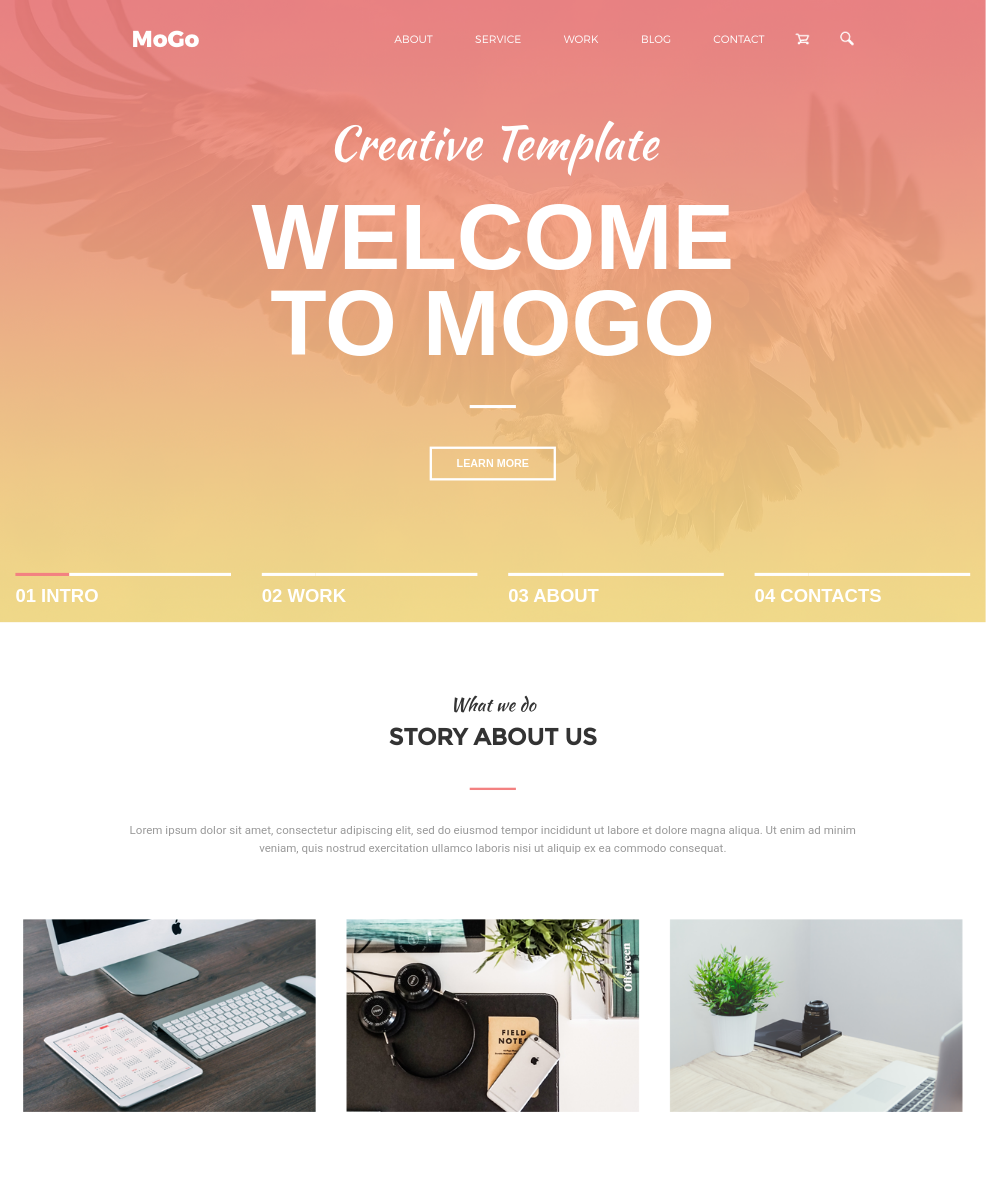
Repository: RaffiBarseghyan/mogo
Page: /
These files come from the project's save history. The page is drawn as it stood at one moment and after the next save; the edit follows.
The browser window is 1280 px wide. The pictures show the whole page, at 77% of full size.
The project was rebuilt for these pictures with package versions that can differ from the ones it lists, and the page was loaded fresh each time.

Above is the page before, as saved 2023-05-11 16:33:50.

### src/App.jsx
import "./App.css";
import "bootstrap/dist/css/bootstrap.min.css";
import "bootstrap/dist/js/bootstrap.bundle";
import Header from "./Pages/Header/header";
import AboutUs from "./Pages/AboutUs/aboutUs";

function App() {
  return (
    <div className="App">
      <Header />
      <AboutUs />
    </div>
  );
}

export default App;

### src/Pages/Header/header.jsx
import style from "./header.module.scss";
import glass from "../../Assets/Images/GLASS.png";
import cart from "../../Assets/Images/CART.png";

function Header() {
  return (
    <>
      <div className={style.big_header}>
        <div className={style.header}>
          <nav className="navbar navbar-expand-lg bg-body-tertiary">
            <div className="container-fluid">
              <a className={`${style.logo} navbar-brand me-5`} href="#">
                MoGo
              </a>
              <button
                className="navbar-toggler"
                type="button"
                data-bs-toggle="collapse"
                data-bs-target="#navbarNav"
                aria-controls="navbarNav"
                aria-expanded="false"
                aria-label="Toggle navigation"
              >
                <span className="navbar-toggler-icon"></span>
              </button>
              <div
                className={`${style.menu} collapse navbar-collapse`}
                id="navbarNav"
              >
                <ul className={`navbar-nav`}>
                  <li className="nav-item">About</li>
                  <li className="nav-item">service</li>
                  <li className="nav-item">work</li>
                  <li className="nav-item">blog</li>
                  <li className="nav-item">contact</li>
                  <img src={cart} alt="" />
                  <img src={glass} alt="" />
                </ul>
              </div>
            </div>
          </nav>
        </div>

        <div className={style.header_text}>
          <h1>Creative Template</h1>
          <h2>
            Welcome <br /> to MoGo
          </h2>
          <div className={style.border_box}>
            <div className={style.border}></div>
          </div>

          <div className={style.btn_box}>
            <button className={style.btn}>Learn More</button>
          </div>

          <div className={style.big_border_box_1}>
            <div className={style.div}>
              <div className={style.b_box1}>
                <div className={style.red}></div>
                <div className={style.white}></div>
              </div>
              <p className={style.b_p}>01 intro</p>
            </div>

            <div className={style.div}>
              <div className={style.b_box1}>
                <div className={style.white_s}></div>
                <div className={style.white}></div>
              </div>
              <p className={style.b_p}>02 work</p>
            </div>

            <div className={style.div}>
              <div className={style.b_box1}>
                <div className={style.white_s}></div>
                <div className={style.white}></div>
              </div>
              <p className={style.b_p}>03 About</p>
            </div>

            <div className={style.div}>
              <div className={style.b_box1}>
                <div className={style.white_s}></div>
                <div className={style.white}></div>
              </div>
              <p className={style.b_p}>04 Contacts</p>
            </div>
          </div>
        </div>
      </div>
    </>
  );
}

export default Header;

### src/Pages/AboutUs/aboutUs.jsx
import style from "./aboutUs.module.scss";
import aboutUs1 from "../../Assets/Images/aboutUs1.png";
import aboutUs2 from "../../Assets/Images/aboutUs2.png";
import aboutUs3 from "../../Assets/Images/aboutUs3.png";
import user from "../../Assets/Images/USERS.png";

function AboutUs() {
  return (
    <>
      <div className={style.aboutUs}>
        <h3>What we do</h3>
        <h2>Story about us</h2>
        <div className={style.line}></div>
        <p>
          Lorem ipsum dolor sit amet, consectetur adipiscing elit, sed do
          eiusmod tempor incididunt ut labore et dolore magna aliqua. Ut enim ad
          minim <br />
          veniam, quis nostrud exercitation ullamco laboris nisi ut aliquip ex
          ea commodo consequat.
        </p>
        <div className="d-flex justify-content-center flex-wrap ">
          <div className={style.imgDiv}>
            <img src={user} alt="" className={style.user} />
            <p>SUPER TEAM</p>
            <img src={aboutUs1} alt="" />
          </div>
          <div className={style.imgDiv}>
            <img src={user} alt="" className={style.user} />
            <p>SUPER TEAM</p>
            <img src={aboutUs2} alt="" />
          </div>
          <div className={style.imgDiv}>
            <img src={user} alt="" className={style.user} />
            <p>SUPER TEAM</p>
            <img src={aboutUs3} alt="" />
          </div>
        </div>
      </div>
    </>
  );
}

export default AboutUs;

### src/Pages/Header/header.module.scss
@font-face {
  font-family: Montserrat;
  src: url("../../Assets/Fonts/montserrat/Montserrat-Light.otf")
    format("truetype");
}

@font-face {
  font-family: Montserrat_bold;
  src: url("../../Assets/Fonts/montserrat/Montserrat-ExtraBold.otf")
    format("truetype");
}

@font-face {
  font-family: kaushan;
  src: url("../../Assets/Fonts/kaushan-script/kaushan-script.kaushanscript-regular.otf")
    format("truetype");
}

* {
  margin: 0;
  padding: 0;
  box-sizing: border-box;
}

/* Header */

.logo {
  font-size: 30px;
  color: #ffffff !important;
  font-weight: 700;
  font-family: "Montserrat_bold";
}

.logo:hover {
  color: #ffffff !important;
}

.big_header {
  width: 100%;
  min-height: 800px;
  background-image: url("../../Assets/Images/background-image-big-box-header.png");
  background-position: center;
  background-size: cover;
  background-repeat: no-repeat;
}

.header {
  width: 100%;
  min-height: 100px;
  display: flex;
  justify-content: space-around;
  align-items: center;
}

.menu > ul {
  margin-left: 150px;
}

.menu > ul > li {
  font-size: 14px;
  font-family: "Montserrat";
  color: rgb(255, 255, 255);
  text-transform: uppercase;
  list-style: none;
  margin-left: 55px;
}

.menu > ul > li:hover {
  color: #fce38a;
  border-bottom: 2px solid #fce38a;
  cursor: pointer;
  transition: 0.3s;
}

.menu > ul > img {
  margin-left: 40px;
  cursor: pointer;
  width: 15%;
  aspect-ratio: 3/2;
  object-fit: contain;
}

/* Header_text */

.header_text {
  margin-top: 50px;
}

.header_text > h1 {
  text-align: center;
  font-family: kaushan;
  font-size: 60px;
  color: rgb(255, 255, 255);
  line-height: 1.2;
}

.header_text > h2 {
  text-align: center;
  font-family: sans-serif;
  font-size: 120px;
  color: rgb(255, 255, 255);
  font-weight: bold;
  text-transform: uppercase;
  line-height: 0.933;
  margin-top: 30px;
}

.border {
  width: 60px;
  height: 4px;
  background-color: #ffffff;
}

.border_box {
  display: flex;
  justify-content: center;
  margin: 50px 0;
}

.btn {
  border-style: solid;
  border-width: 3px;
  border-color: rgb(255, 255, 255);
  background-color: rgba(0, 0, 0, 0);
  width: 164px;
  height: 44px;
  font-size: 14px;
  font-family: sans-serif;
  color: rgb(255, 255, 255);
  font-weight: bold;
  text-transform: uppercase;
}

.btn_box {
  display: flex;
  justify-content: center;
}

.btn_box > button:hover {
  cursor: pointer;
  border-radius: 10px;
  transition: 0.5s;
}

/* Borders */

.red {
  width: 70px;
  height: 4px;
  background-color: #f38181;
}

.white_s {
  width: 70px;
  height: 4px;
  background-color: #ffffff;
}

.white {
  width: 210px;
  height: 4px;
  background-color: white;
}

.b_box1 {
  display: flex;
}

.b_p {
  margin-top: 8px;
  font-size: 24px;
  font-family: sans-serif;
  color: rgb(255, 255, 255);
  font-weight: bold;
  text-transform: uppercase;
  text-align: left;
}

.big_border_box_1 {
  margin-top: 120px;
  display: flex;
  justify-content: space-around;
  flex-wrap: wrap;
}

@media only screen and (max-width: 992.2px) {
  .menu > ul {
    display: flex;
    justify-content: center;
    align-items: center;
  }
  .menu > ul > img {
    width: 12%;
    aspect-ratio: 3/2;
    object-fit: contain;
  }
}

### src/Pages/AboutUs/aboutUs.module.scss
@font-face {
  font-family: Montserrat;
  src: url("../../Assets/Fonts/montserrat/Montserrat-Light.otf")
    format("truetype");
}

@font-face {
  font-family: Montserrat_mid;
  src: url("../../Assets/Fonts/montserrat/Montserrat-Regular.ttf")
    format("truetype");
}

@font-face {
  font-family: Montserrat_bold;
  src: url("../../Assets/Fonts/montserrat/Montserrat-ExtraBold.otf")
    format("truetype");
}

@font-face {
  font-family: kaushan;
  src: url("../../Assets/Fonts/kaushan-script/kaushan-script.kaushanscript-regular.otf")
    format("truetype");
}

.aboutUs {
  min-height: 750px;
  display: flex;
  flex-direction: column;
  align-items: center;
  justify-content: center;
  h3 {
    font-size: 24px;
    color: #333333;
    font-weight: 400;
    font-family: "kaushan";
    text-align: center;
  }
  h2 {
    font-size: 30px;
    text-transform: uppercase;
    color: #333333;
    font-weight: 700;
    font-family: "Montserrat_mid";
    text-align: center;
  }
  p {
    font-size: 15px;
    line-height: 24px;
    color: #999999;
    font-weight: 400;
    font-family: "Roboto";
    text-align: center;
    margin-bottom: 60px;
  }
  .line {
    width: 60px;
    height: 3px;
    background-color: #f38181;
    margin: 40px;
  }
  img {
    width: 380px;
    height: 250px;
    aspect-ratio: 3/2;
    object-fit: cover;
  }

  .imgDiv {
    width: 380px;
    height: 250px;
    margin: 20px;
    transition: 0.5s;
    display: flex;
    flex-direction: column;
    justify-content: center;
    align-items: center;
    p {
      font-size: 18px;
      text-transform: uppercase;
      color: #ffffff;
      font-weight: 700;
      font-family: "Montserrat";
      text-align: center;
      display: none;
      position: absolute;
      margin-top: 80px;
    }
    .user {
      width: 32px;
      height: 23px;
      display: none;
      position: absolute;
      margin-bottom: 30px;
    }
  }

  .imgDiv:hover {
    transition: 0.5s;
    box-shadow: 10px 10px 0px 0px rgba(149, 225, 211, 1);
    -webkit-box-shadow: 10px 10px 0px 0px rgba(149, 225, 211, 1);
    -moz-box-shadow: 10px 10px 0px 0px rgba(149, 225, 211, 1);
    cursor: pointer;
    p,
    .user {
      display: block;
    }
    background: rgb(226, 204, 123);
    background: linear-gradient(
      0deg,
      rgba(226, 204, 123, 1) 0%,
      rgba(219, 116, 116, 1) 53%
    );

    img {
      opacity: 0.2;
    }
  }
}

Loaded but not shown: public/index.html (common file); src/index.js (common file); src/index.css (common file); src/reportWebVitals.js (common file); src/App.css (common file)

After the next save:
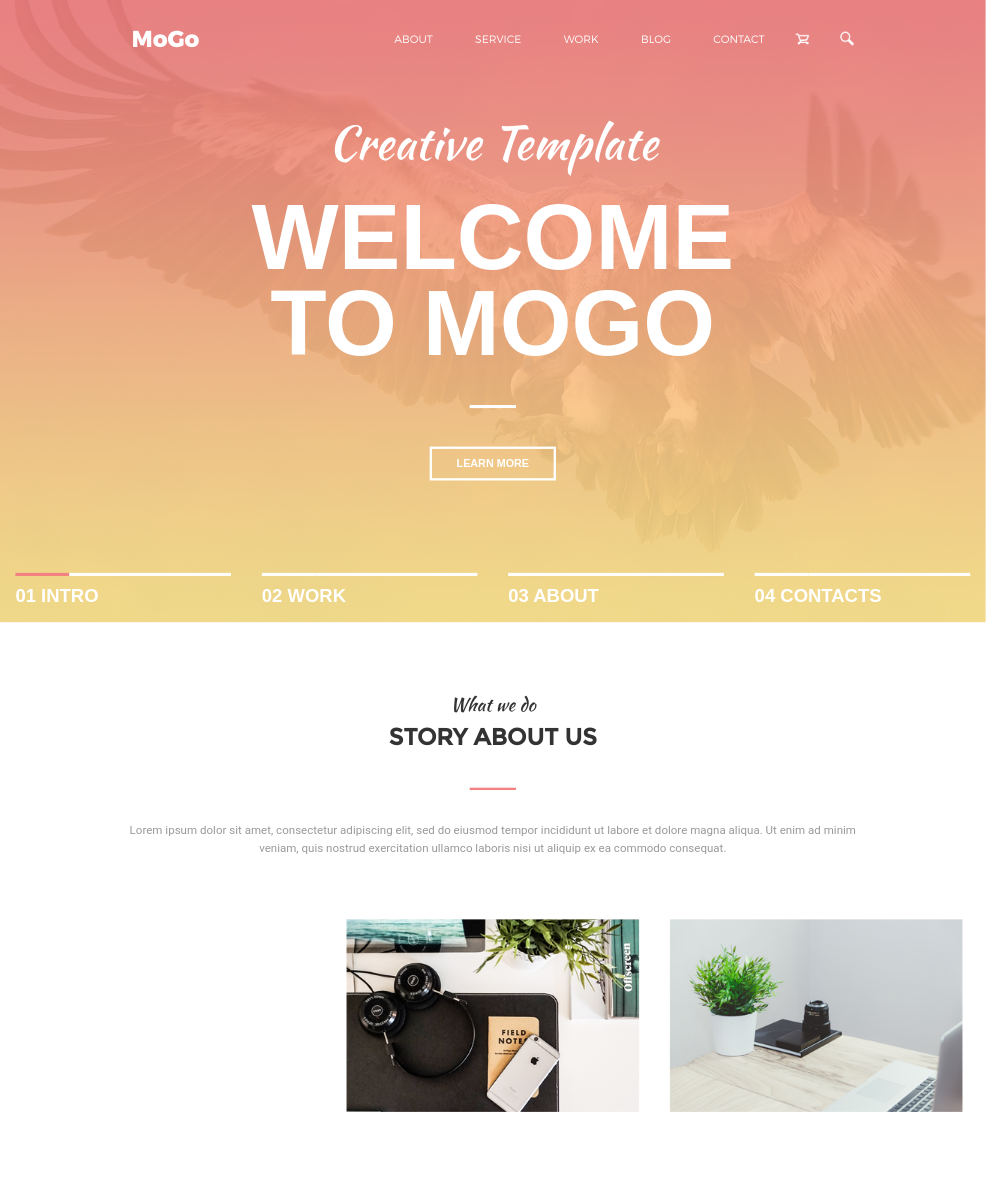
Saved 9 s later.
--- a/src/Pages/AboutUs/aboutUs.jsx
+++ b/src/Pages/AboutUs/aboutUs.jsx
@@ -22,7 +22,7 @@
           <div className={style.imgDiv}>
             <img src={user} alt="" className={style.user} />
             <p>SUPER TEAM</p>
-            <img src={aboutUs1} alt="" />
+            <img src={aboutUs1} alt="" className={style.user}/>
           </div>
           <div className={style.imgDiv}>
             <img src={user} alt="" className={style.user} />

After the 2 saves that followed:
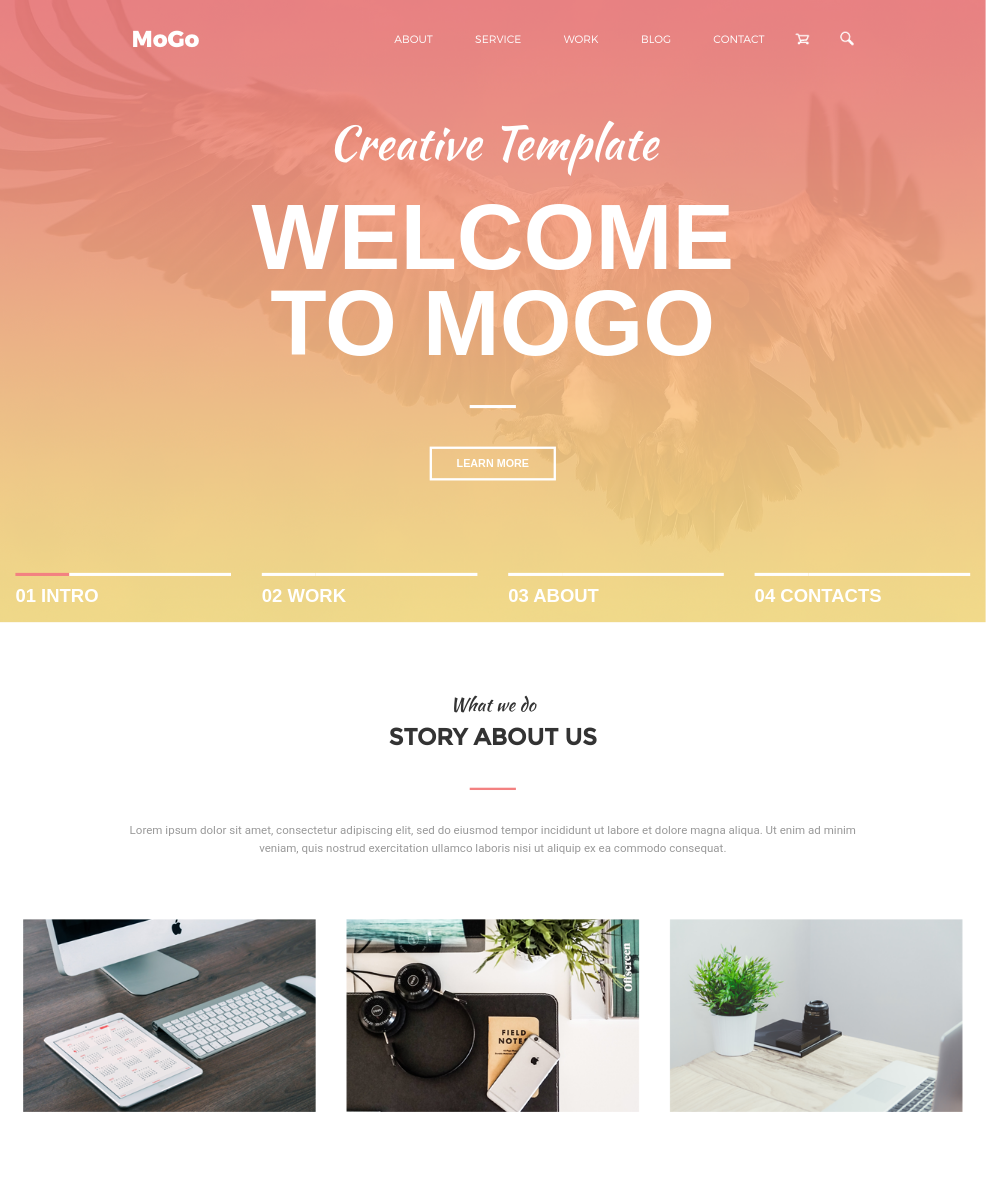
The 2 saves are shown as one change because they came seconds apart.
The last was saved 16 s later.
--- a/src/Pages/AboutUs/aboutUs.jsx
+++ b/src/Pages/AboutUs/aboutUs.jsx
@@ -22,7 +22,7 @@
           <div className={style.imgDiv}>
             <img src={user} alt="" className={style.user} />
             <p>SUPER TEAM</p>
-            <img src={aboutUs1} alt="" className={style.user}/>
+            <img src={aboutUs1} alt="" className={style.a}/>
           </div>
           <div className={style.imgDiv}>
             <img src={user} alt="" className={style.user} />
